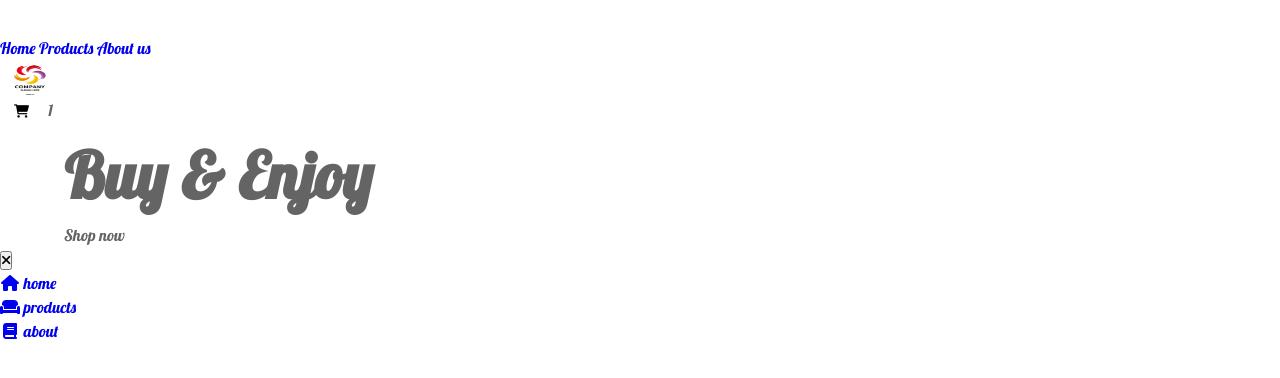
Repository: tetlisna/myprojectJS2
Page: index.html
The author's editor kept a copy of each file at every save. The page is drawn from the files as they stood at one save, then again after a run of saves.
The browser window is 1280 px wide. The pictures show the whole page.
Some web fonts or font styles are not loaded; a fallback is used.

Above is the page before, as saved 2022-09-04 19:54:27.

### index.html
<!DOCTYPE html>
<html lang="en">
  <head>
    <meta charset="UTF-8" />
    <meta name="viewport" content="width=device-width, initial-scale=1.0" />
    <link rel="stylesheet" href="/css/style.css" />
    <link
      rel="stylesheet"
      href="https://cdnjs.cloudflare.com/ajax/libs/font-awesome/6.2.0/css/all.min.css"
    />
    <title>E-commers</title>
  </head>
  <body>
    <!-- Nav left -->
    <nav class="navbar">
      <div class="menu-line">
        <div class="wrapper">
          <button class="nav-logo">
            <i class="fa-sharp fa-solid fa-bars"></i>
          </button>
          <a href="#" href="index.html" class="nav-link">Home</a>
          <a href="#" href="products.html" class="nav-link">Products</a>
          <a href="#" href="about-us.html" class="nav-link">About us</a>
        </div>
        <!-- Logo -->
        <img src="/img/logo.png" class="nav-logo" alt="logo" width="100px" />
        <!-- Cart-->
        <div class="cart-side-container">
          <button class="cart-side">
            <i class="fa-sharp fa-solid fa-cart-shopping"></i>
          </button>
          <span class="cart-item-amount">1</span>
        </div>
      </div>
    </nav>

    <!--Main section-->

    <section class="main">
      <div id="main-container">
        <h1 class="text-main">Buy & Enjoy</h1>
        <a href="products.html" class="main-btn"> Shop now </a>
      </div>
    </section>
    <!--Side section-->

    <div class="sidebar-pop-out">
      <aside class="sidebar">
        <!-- close -->
        <button class="sidebar-close">
          <i class="fas fa-times"></i>
        </button>
        <!-- links -->
        <ul class="sidebar-links">
          <li>
            <a href="index.html" class="sidebar-link">
              <i class="fas fa-home fa-fw"></i>
              home
            </a>
          </li>
          <li>
            <a href="products.html" class="sidebar-link">
              <i class="fas fa-couch fa-fw"></i>
              products
            </a>
          </li>
          <li>
            <a href="about.html" class="sidebar-link">
              <i class="fas fa-book fa-fw"></i>
              about
            </a>
          </li>
        </ul>
      </aside>
    </div>
    <script src="script.js"></script>
  </body>
</html>

### css/style.css
@import url('https://fonts.googleapis.com/css2?family=Lobster&family=Qwitcher+Grypen&family=Roboto:wght@300&display=swap');
:root {
    --transition: all 0.3s linear;
    --spacing: 0.1rem;
    --radius: 0.25rem;
    --max-width: 1170px;
    --fixed-width: 620px;
    --white-bg:rgb(255, 255, 255);
    --dark-grey:rgb(100, 100, 100);
    --grey-red:rgb(190, 100, 100);
    --black-light:rgb(56, 56, 56);

}

* {
    margin: 0;
    padding: 0;
    box-sizing: border-box;
}
.container {
    max-width: 980px;
    margin: auto;
}
a {
    text-decoration: none;
}
body {
    font-family: 'Lobster', cursive,'Qwitcher Grypen', cursive,'Roboto', sans-serif;
    background: var(--white-bg);
    color: var(--dark-grey);
    line-height: 1.5;
    font-size: 0.875rem;
}
p {
    margin-bottom: 1.25rem;
    color: var(--dark-grey);
}

@media screen and (min-width: 800px) {
    h1 {
        font-size: 4rem;
    }
    body {
        font-size: 1rem;
    }
}
.img {
    width: 100%;
    display: block;
}
.main {
    width: 90vw;
    max-width: var(--max-width);
    margin: 0 auto;
}
.main-btn {
    color: var(--dark-grey);
}
.main-btn:hover {
    color: var(--grey-red);

}
.cart-side {
    background: var(--dark-primary-);
    /* color: var(--clr-white); */
    border-radius: var(--radius);
    padding: 0.375rem 0.75rem;
    letter-spacing: var(--spacing);
    display: inline-block;
    transition: var(--transition);
    border-color: transparent;
    cursor: pointer;
  }
  /* .cart-side:hover {
    background: var(--white-bg);
    color: var(--dark-grey);
  } */
.nav-logo {
    background: var(--white-bg);
    border-color: transparent;
    color: var(--white-bg);
    width: 3.75rem;
    height: 2.25rem;
    display: flex;
    align-items: center;
    justify-content: center;
    font-size: 1.5rem;
    border-radius: 2rem;
    cursor: pointer;
    transition: var(--transition);
}

### script.js
class User {
	constructor (name, balance){
		this.name = name,
		this.balance = balance
	}
	showOrderHistory(sortWay, fieldName, totalAmount, orderDate){

	}
	getCart(){
		return this.cart;
	}
	addOrder(){
		return this.order;
	}

}
class Order{
	constructor (order, totalPrice, date){
		this.order = order,
		this.price = totalPrice,
		this.date = date
	}

}

After the next 2 saves:
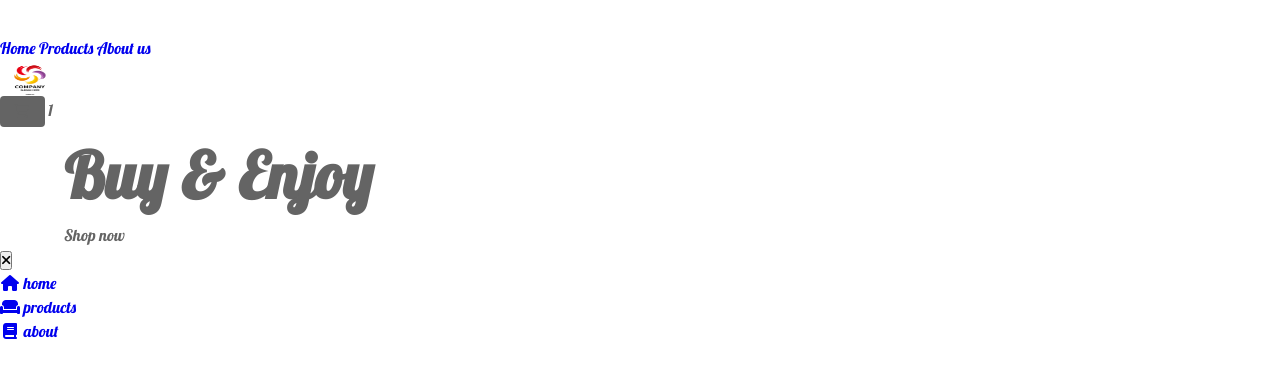
The 2 saves are shown as one change because they came seconds apart.
The last was saved 7 s later.
--- a/css/style.css
+++ b/css/style.css
@@ -61,8 +61,8 @@ p {
 
 }
 .cart-side {
-    background: var(--dark-primary-);
-    /* color: var(--clr-white); */
+    background: var(--dark-grey);
+    color: var(--clr-white);
     border-radius: var(--radius);
     padding: 0.375rem 0.75rem;
     letter-spacing: var(--spacing);
